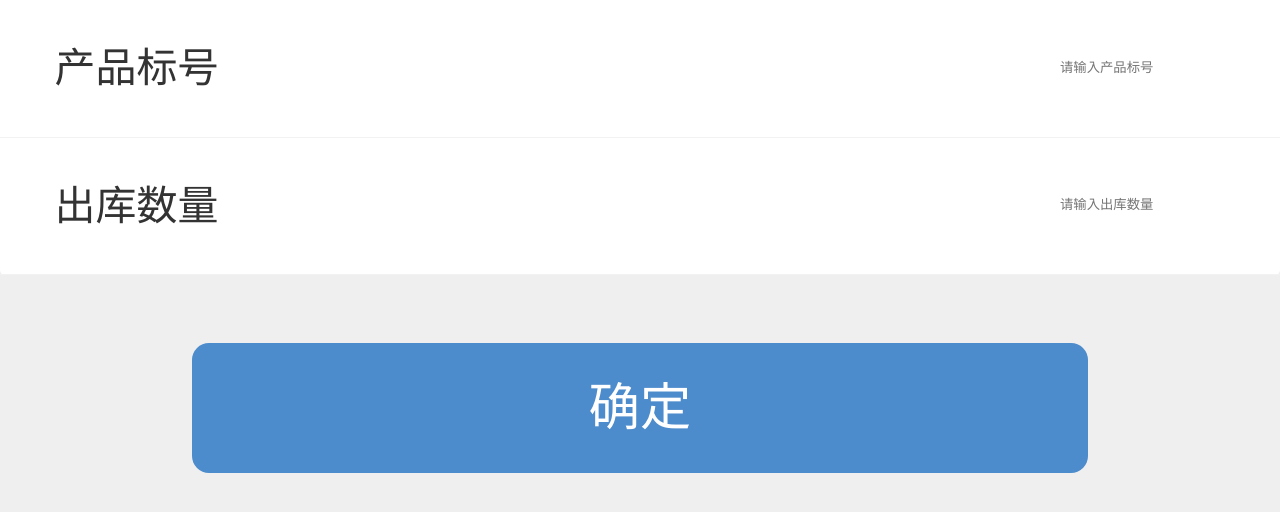
Repository: missing-star/produce
Page: checkout.html
These files come from the project's save history. The page is drawn as it stood at one moment and after the next save; the edit follows.
The browser window is 1280 px wide. The pictures show the whole page.

Above is the page before, as saved 2019-05-20 14:07:22.

After the next save:
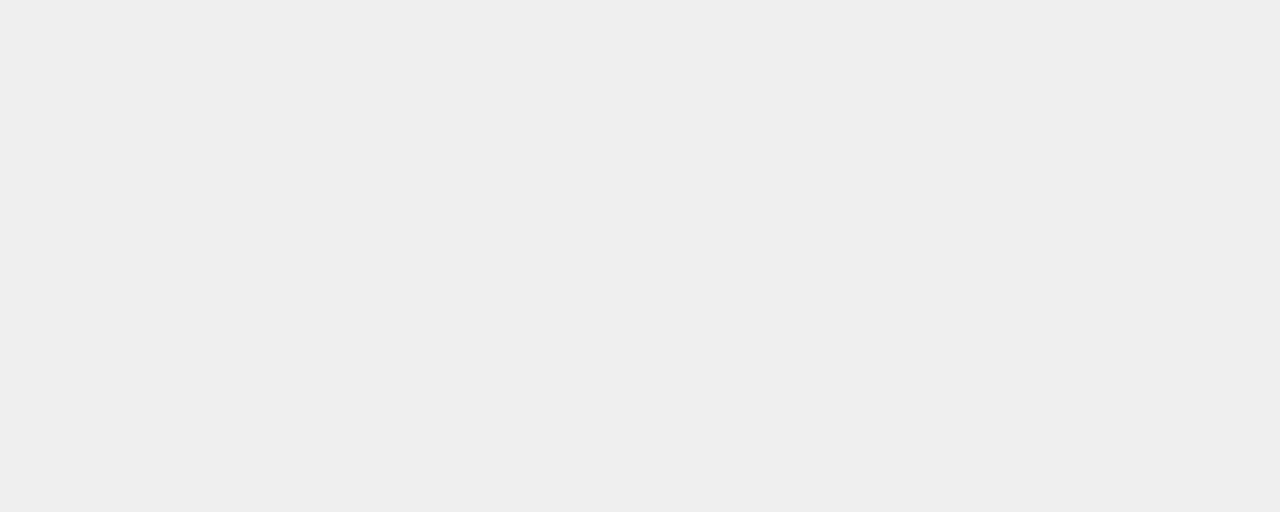
Saved 41 s later.
--- a/checkout.html
+++ b/checkout.html
@@ -21,7 +21,7 @@
                 </li>
                 <li>
                     <span>{{isIn ? '入库' : '出库'}}数量</span>
-                    <input type="text" placeholder="请输入出库数量">
+                    <input type="text" :placeholder="'请输入'++'数量'">
                 </li>
             </ul>
             <div class="btn">确定</div>

After the save that followed:
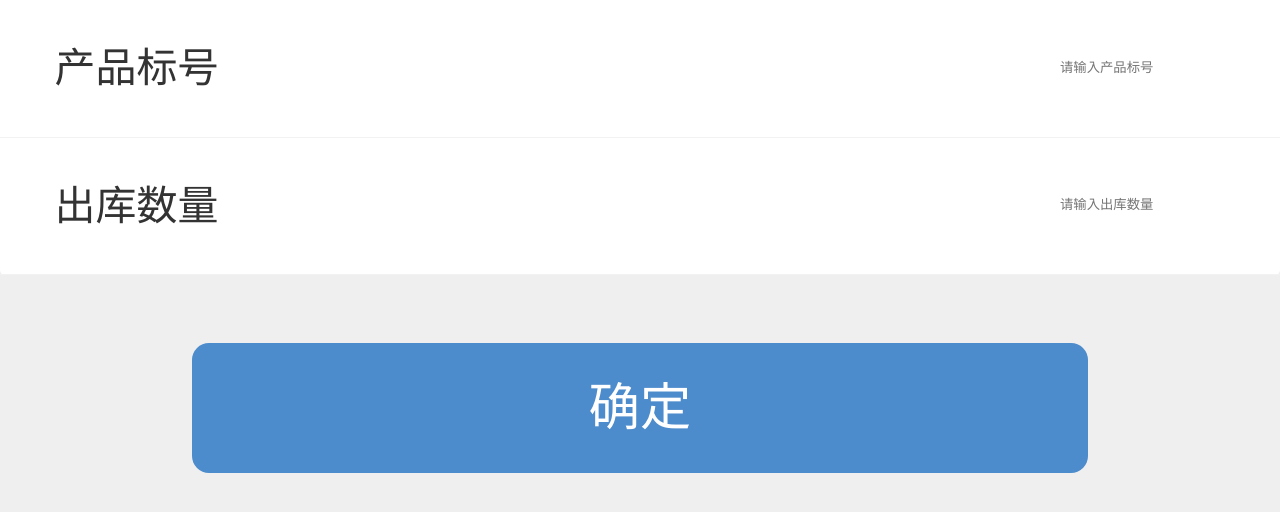
Saved 97 s later.
--- a/checkout.html
+++ b/checkout.html
@@ -21,7 +21,7 @@
                 </li>
                 <li>
                     <span>{{isIn ? '入库' : '出库'}}数量</span>
-                    <input type="text" :placeholder="'请输入'++'数量'">
+                    <input type="text" :placeholder="'请输入'+(isIn ? '入库' : '出库')+'数量'">
                 </li>
             </ul>
             <div class="btn">确定</div>
